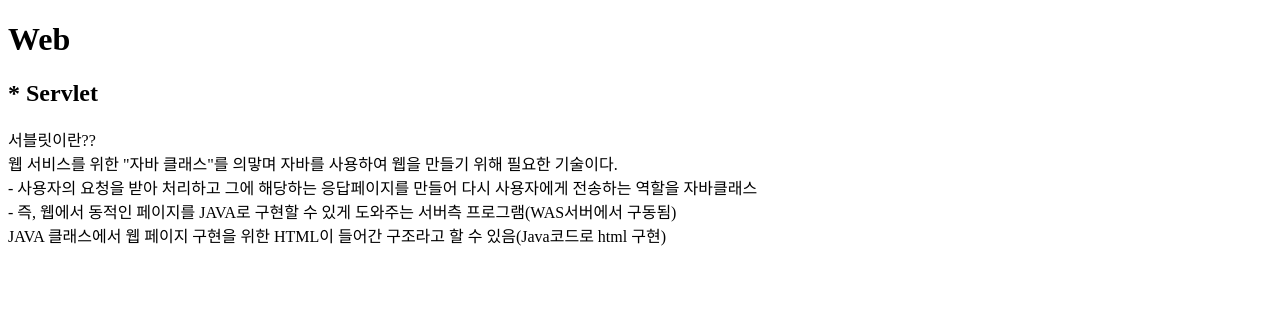
Repository: SSHwan22/web-workspace
Page: 1_Servlet/WebContent/index.html
The author's editor kept a copy of each file at every save. The page is drawn from the files as they stood at one save, then again after the next save.
The browser window is 1280 px wide. The pictures show the whole page.

Above is the page before, as saved 2023-02-07 05:38:27.

After the next save:
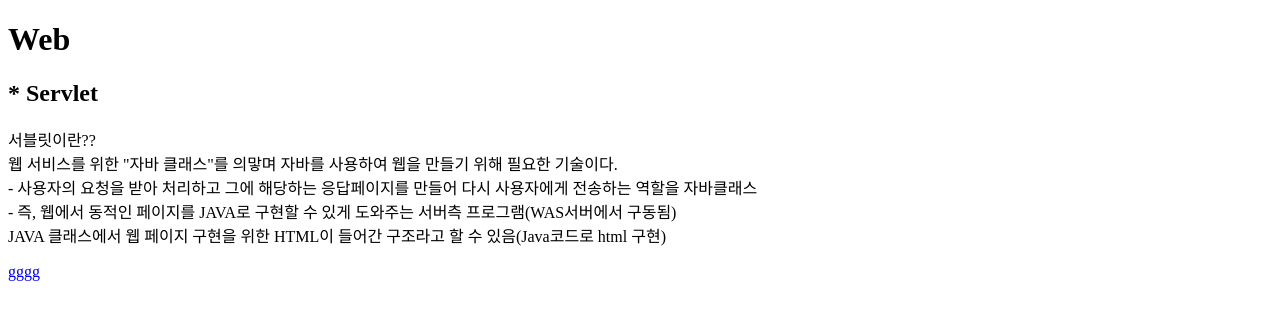
Saved 10 min 49 s later.
--- a/1_Servlet/WebContent/index.html
+++ b/1_Servlet/WebContent/index.html
@@ -16,6 +16,7 @@
 		- 즉, 웹에서 동적인 페이지를 JAVA로 구현할 수 있게 도와주는 서버측 프로그램(WAS서버에서 구동됨) <br>
 		  JAVA 클래스에서 웹 페이지 구현을 위한 HTML이 들어간 구조라고 할 수 있음(Java코드로 html 구현)
 	</p>
+	<a href="./">gggg</a>
 
 </body>
 </html>
